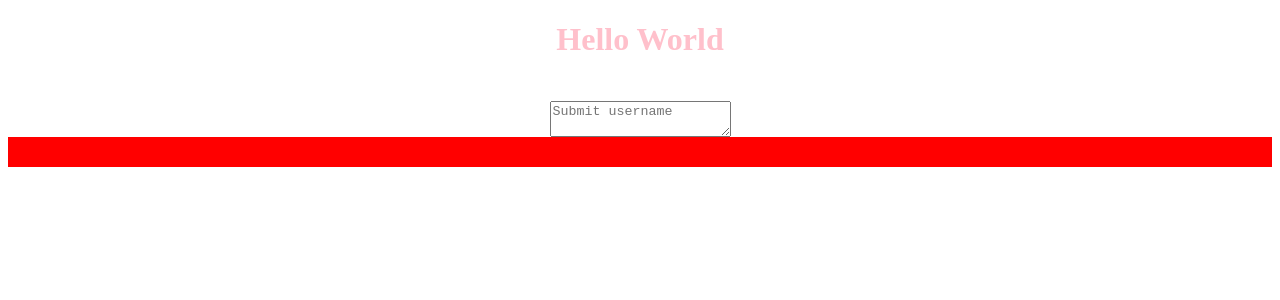
Repository: Flamemaster921/Feature-Showcase
Page: Index/firstPage/Website.html
An editor plug-in stored every save of this project. The page is shown before and after the next save, followed by the edit.
The browser window is 1280 px wide. The pictures show the whole page.

Above is the page before, as saved 2025-12-15 12:32:48.

### Index/firstPage/Website.html
<!DOCTYPE html>
<html lang="en">
<head>
    <meta charset="UTF-8">
    <meta name="viewport" content="width=device-width, initial-scale=1.0">
    <title>New Start</title>
    <link rel="stylesheet" href="Design.css">
    <script src="System.js" defer></script>
</head>
<body>
    <h1 class="titleCard">Hello World</h1>

    <button id="submitButton" class="primary-btn">Submit</button>

    <textarea id="usernameBox" class="text-input" placeholder="Submit username"></textarea>

    <div class="color-bar"></div>

</body>

### Index/firstPage/Design.css
.titleCard {
    display: flex;
    flex-direction: column;
    align-items: center;
    color: pink;
    left: auto;
}

.primary-btn {
    background-color: blue;
    color: white;

    position: relative;
    left: -100%;
    top: auto;
    display: block;
    margin: 0 auto;
}

.text-input{
    position: relative;
    left: auto;
    top: auto;
    display: block;
    margin: 0 auto;
}

.color-bar {
    display: flex;
    width: calc();
    height: 30px;
    background-color: red;
}

### Index/firstPage/System.js
//Submit username
const textarea = document.getElementById("usernameBox");
const button = document.getElementById("submitButton");

button.addEventListener("click", () => {
    textarea.value = "";
});

After the next save:
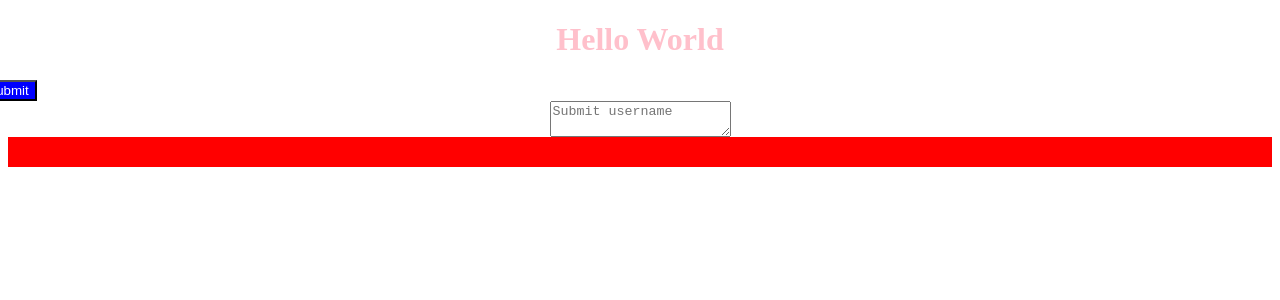
Saved 10 s later.
--- a/Index/firstPage/Design.css
+++ b/Index/firstPage/Design.css
@@ -11,7 +11,7 @@
     color: white;
 
     position: relative;
-    left: -100%;
+    left: -50%;
     top: auto;
     display: block;
     margin: 0 auto;
